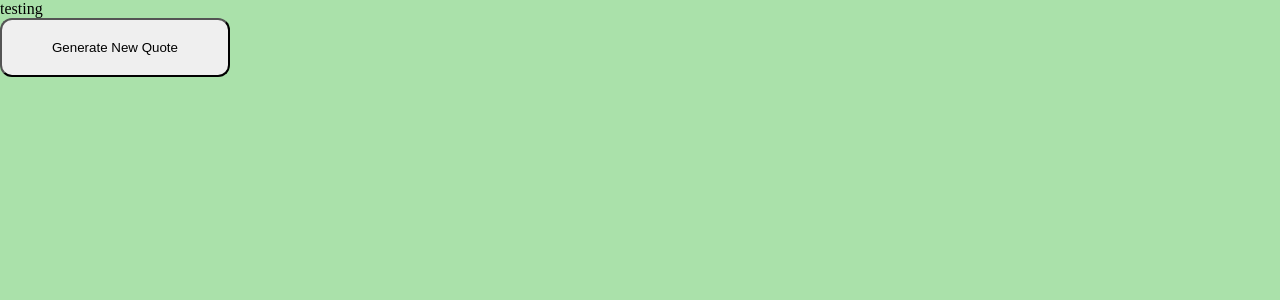
Repository: cakuang1/kanyequotes
Page: /
The author's editor kept a copy of each file at every save. The page is drawn from the files as they stood at one save, then again after a run of saves.
The browser window is 1280 px wide. The pictures show the whole page.
The project was rebuilt for these pictures with package versions that can differ from the ones it lists, and the page was loaded fresh each time.

Above is the page before, as saved 2022-07-18 00:30:57.

After the next 2 saves:
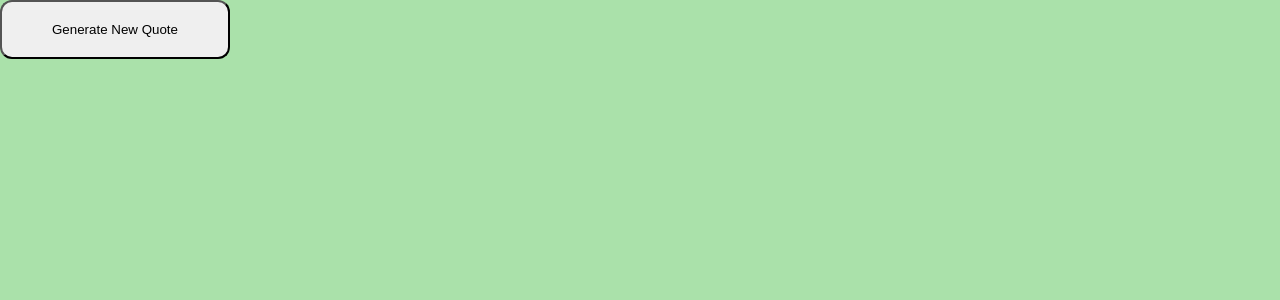
The 2 saves are shown as one change because they came seconds apart.
The last was saved 23 s later.
--- a/src/App.js
+++ b/src/App.js
@@ -14,7 +14,7 @@
 
   return (
     <>
-      <Text text = 'testing'/>
+      <Text text = {text}/>
       <Button/>
     </>
   )

After the save that followed:
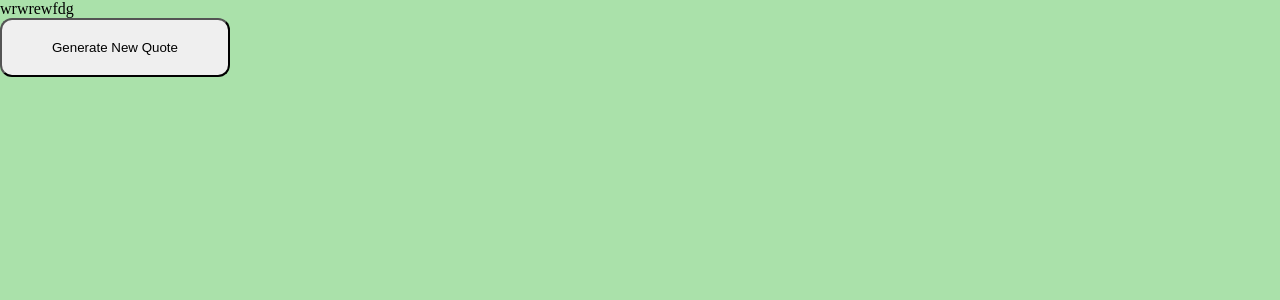
Saved 4 s later.
--- a/src/App.js
+++ b/src/App.js
@@ -8,7 +8,7 @@
 
 function App() {
 
-  const [text,setText] = useState("");
+  const [text,setText] = useState("wrwrewfdg");
 
 
 
